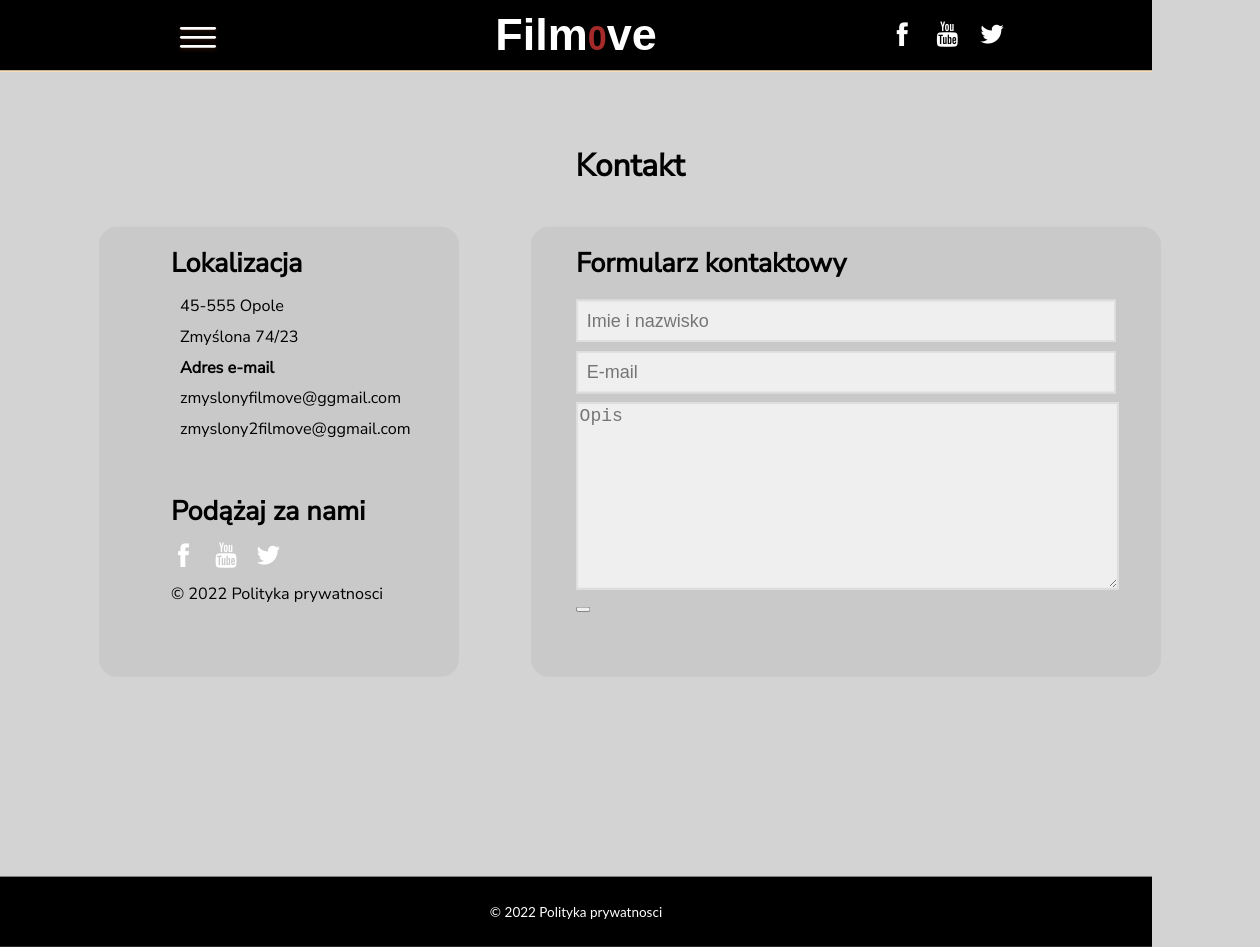
Repository: PrzemyslawJura/MovieWebsite
Page: Kontakt.html
The author's editor kept a copy of each file at every save. The page is drawn from the files as they stood at one save, then again after the next save.
The browser window is 1280 px wide. The page is 1400 px wide, so the pictures cover 1400 px, including what lies to the right of the window. The pictures show the whole page, at 90% of full size.
Some web fonts or font styles are not loaded; a fallback is used.

Above is the page before, as saved 2022-04-12 14:50:47.

After the next save:
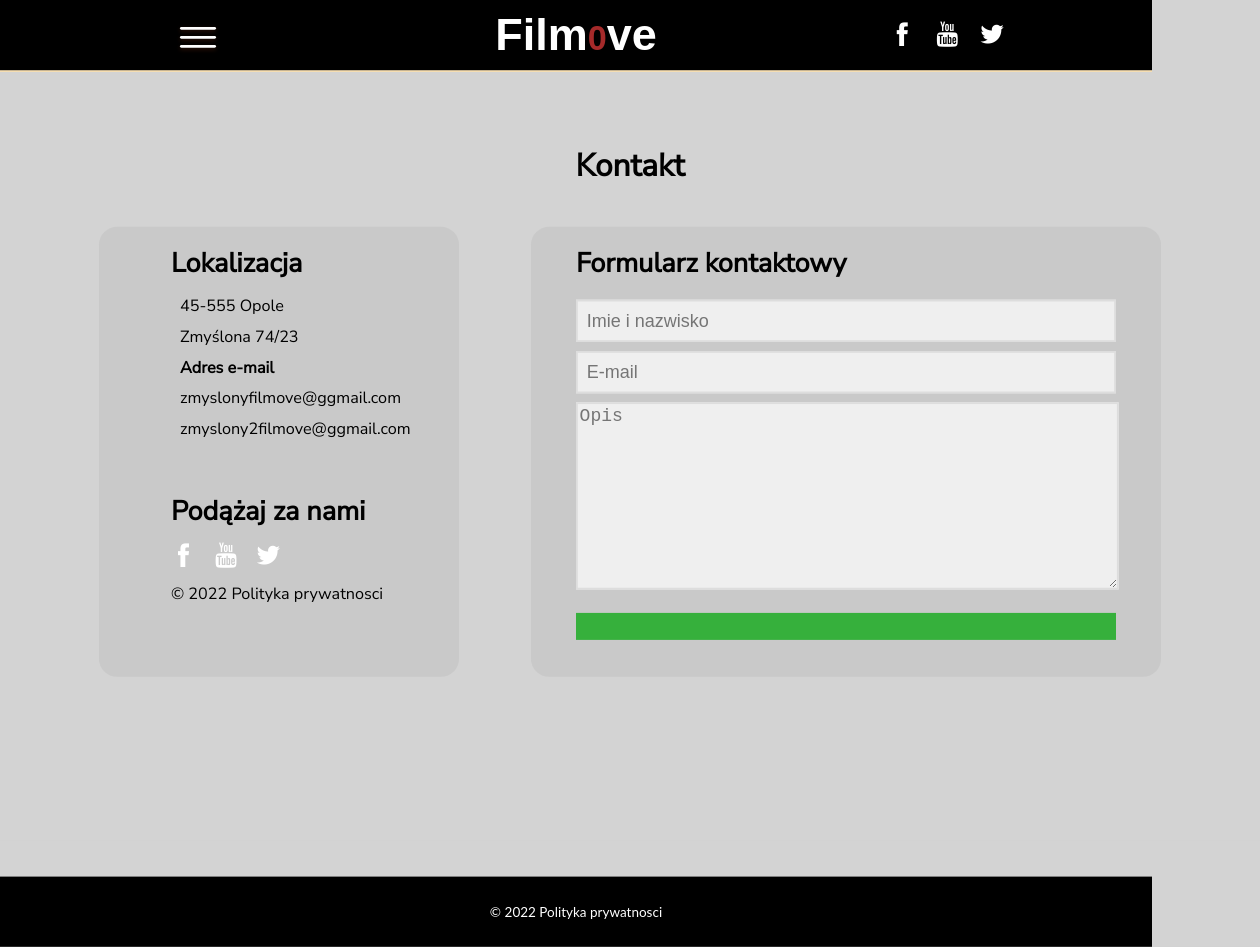
Saved 16 s later.
--- a/style.css
+++ b/style.css
@@ -921,7 +921,7 @@ textarea:focus
 	color: #5b645b;
 }
 
-input[type=submit]
+button
 {
 	width: 600px;
 	background-color: #36b03c;
